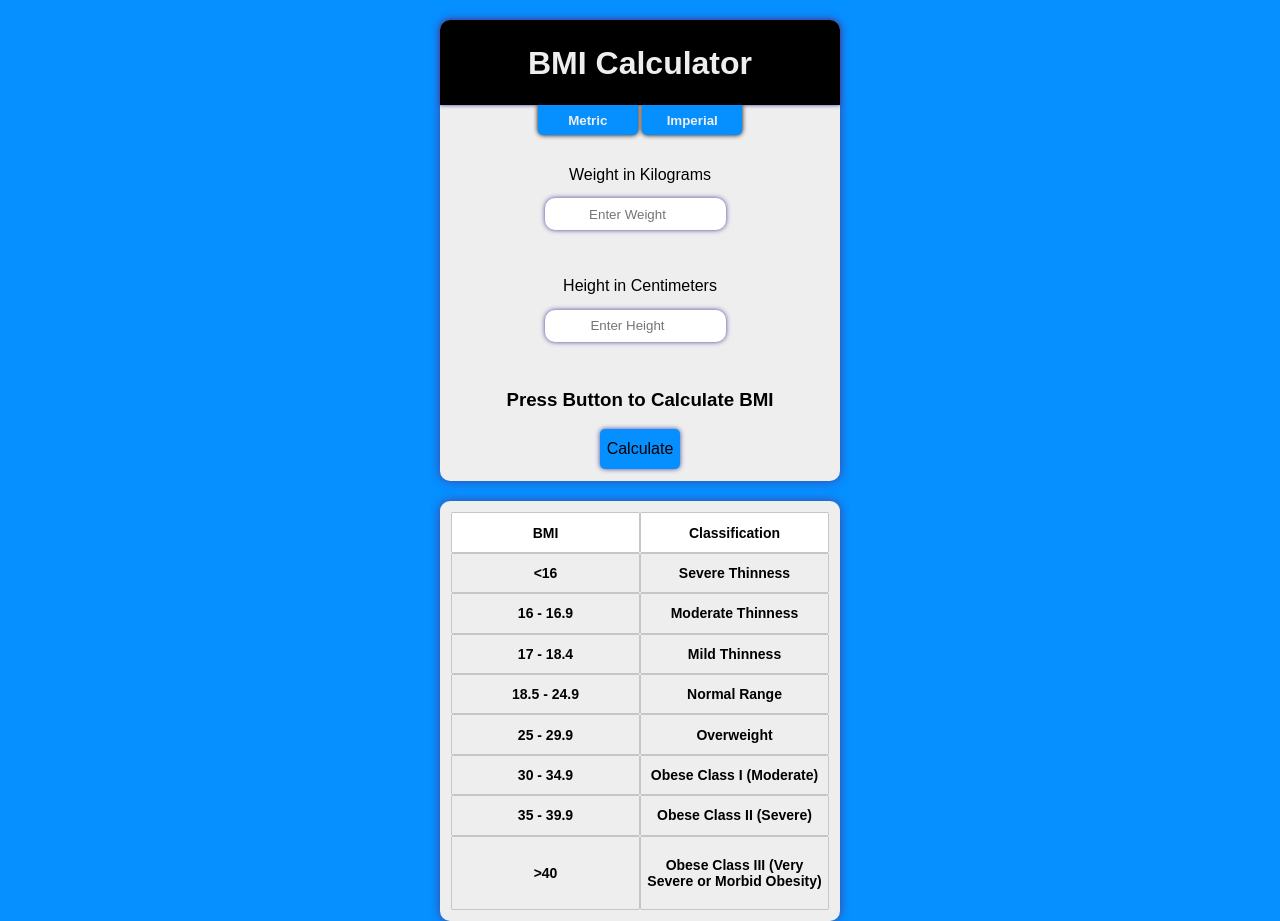
Repository: shayanabedi98/bmi-calculator
Page: index.html
The author's editor kept a copy of each file at every save. The page is drawn from the files as they stood at one save, then again after the next save.
The browser window is 1280 px wide. The pictures show the whole page.

Above is the page before, as saved 2023-07-24 20:59:07.

After the next save:
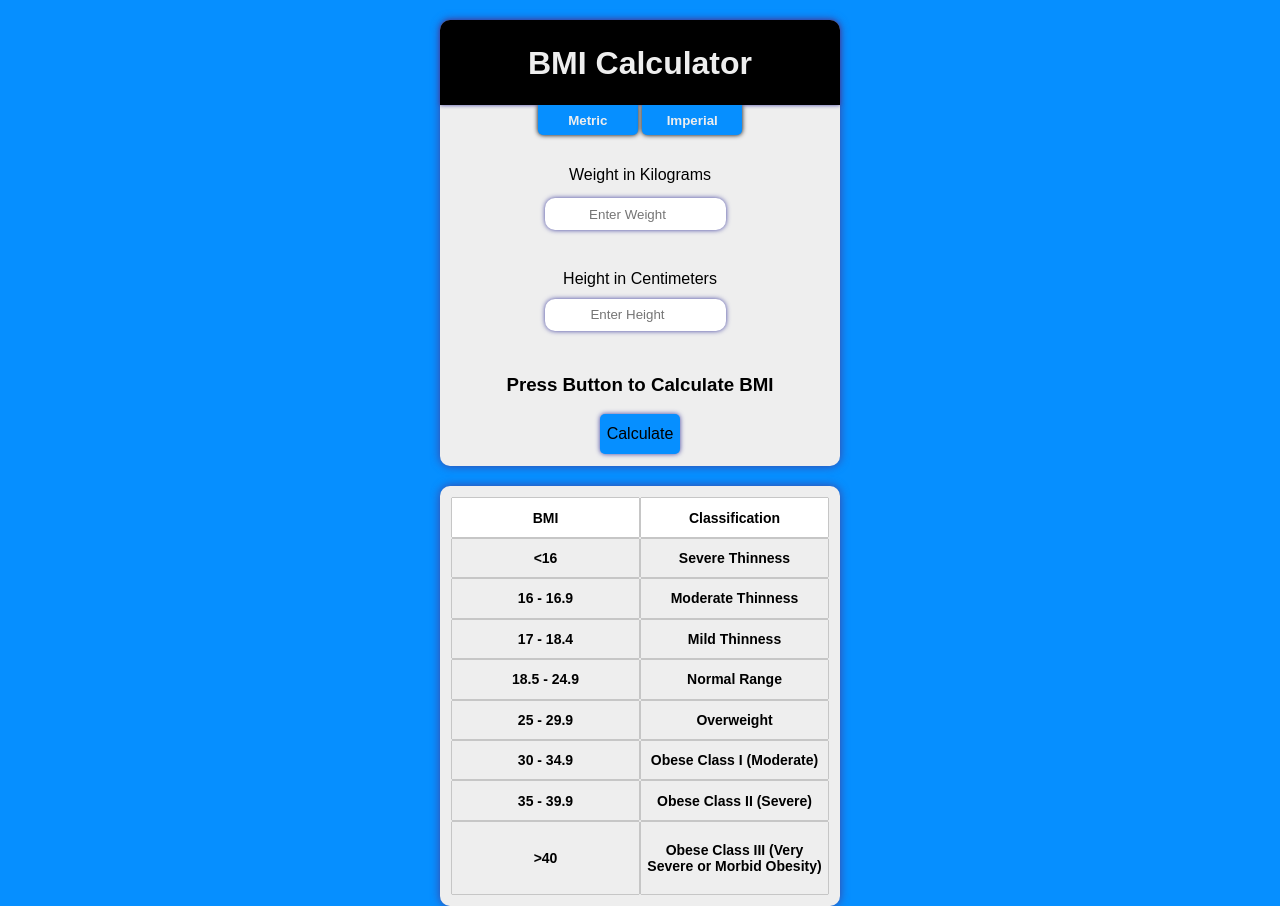
Saved 22 s later.
--- a/styles.css
+++ b/styles.css
@@ -78,7 +78,7 @@
 .height {
     display: block;
     text-align: start;
-    padding: 4%;
+    padding: 3%;
     text-align: center;
 }
 

After the save that followed:
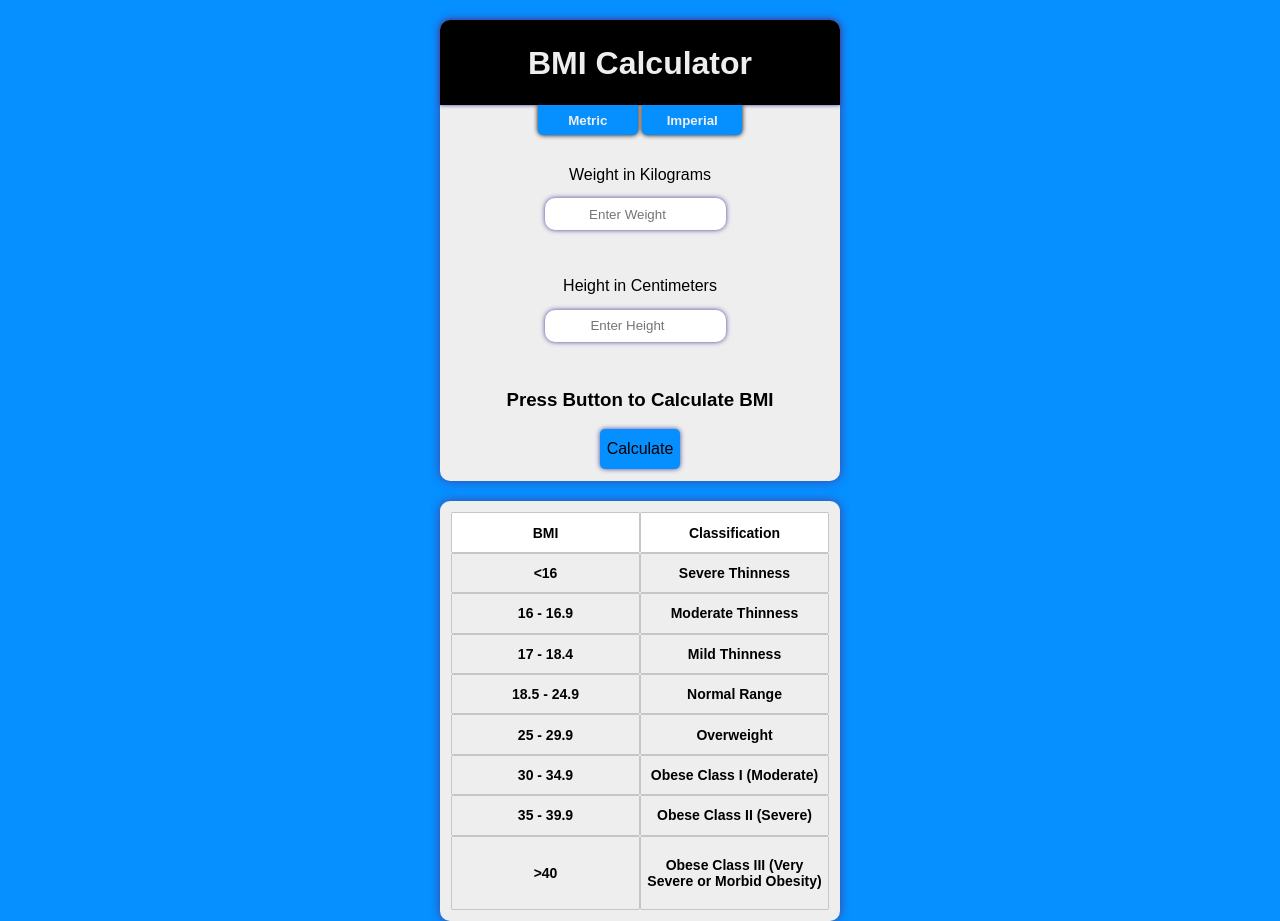
Saved 4 s later.
--- a/styles.css
+++ b/styles.css
@@ -78,7 +78,7 @@
 .height {
     display: block;
     text-align: start;
-    padding: 3%;
+    padding: 4%;
     text-align: center;
 }
 
